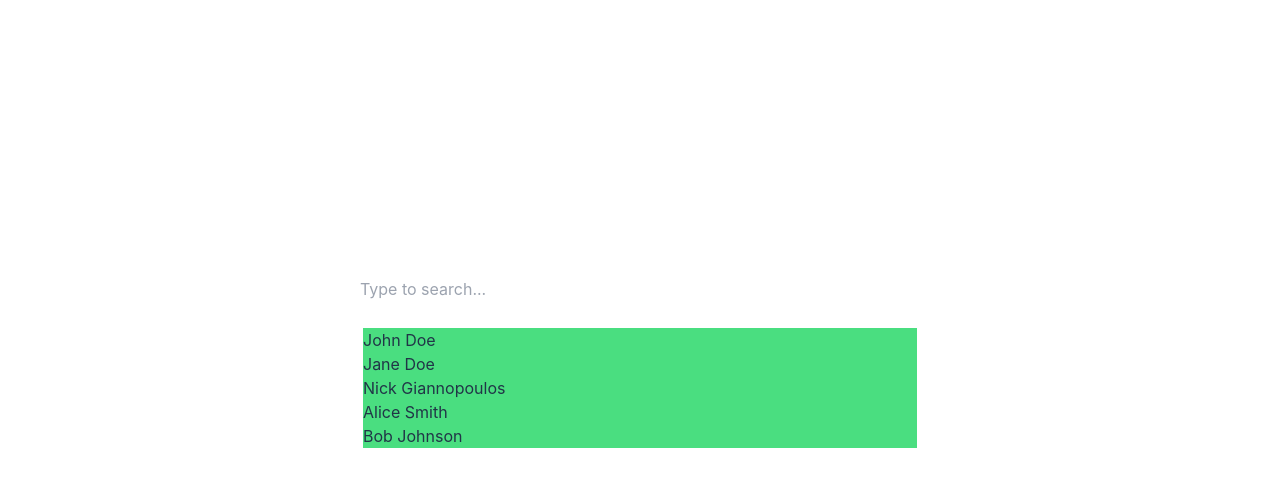
Repository: Ayansaxena24/Chip
Page: /
The author's editor kept a copy of each file at every save. The page is drawn from the files as they stood at one save, then again after a run of saves.
The browser window is 1280 px wide. The pictures show the whole page.
Some web libraries are served in a nearby version. The project was rebuilt for these pictures with package versions that can differ from the ones it lists, and the page was loaded fresh each time. Also part of the build but not shown: vite.config.ts, src/ChipInput.css.

Above is the page before, as saved 2024-01-16 03:27:42.

After the next 4 saves:
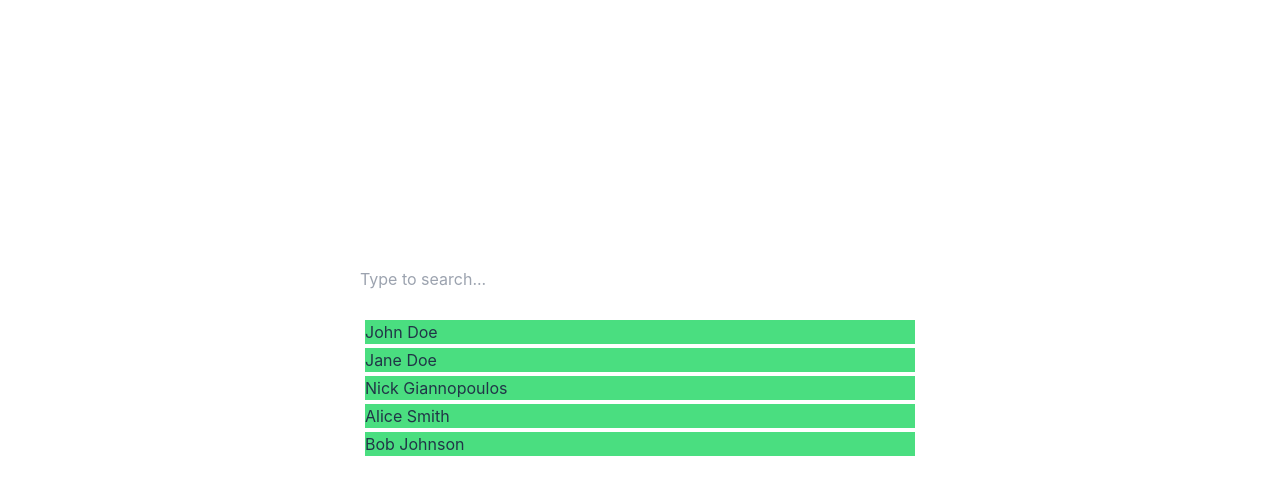
The 4 saves are shown as one change because they came seconds apart.
The last was saved 14 s later.
--- a/src/ChipInput.tsx
+++ b/src/ChipInput.tsx
@@ -97,7 +97,7 @@ const ChipInput: React.FC = () => {
         </div>
         <ul className="cursor-pointer p-[5px] m-[5px] border-white rounded-md border-[1px] border-solid">
           {filteredItems.map((item) => (
-            <li className="bg-green-400" key={item} onClick={() => handleChipClick(item)}>
+            <li className="bg-green-400 border-2 border-white" key={item} onClick={() => handleChipClick(item)}>
               {item}
             </li>
           ))}
